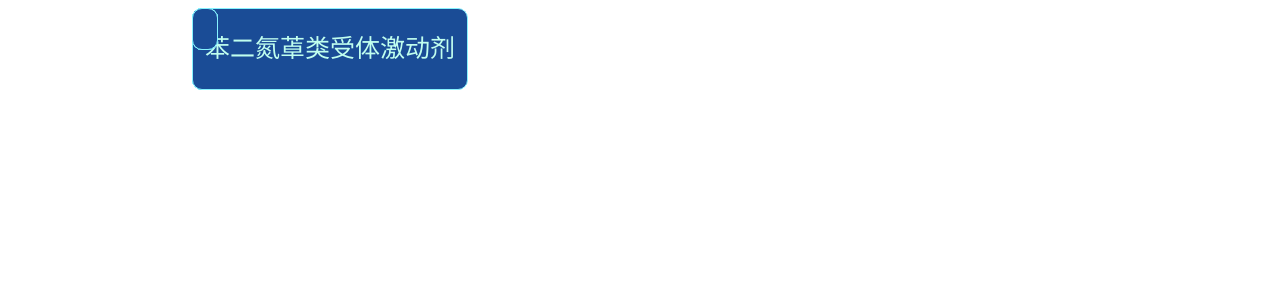
Repository: chjyume/zhongyi
Page: test.html
These files come from the project's save history. The page is drawn as it stood at one moment and after the next save; the edit follows.
The browser window is 1280 px wide. The pictures show the whole page.

Above is the page before, as saved 2023-06-30 09:37:56.

### test.html
<!DOCTYPE html>
<html>
  <head>
    <style>
  #bubble{
    position: fixed;
    padding: 20px 12px;
    font-family:HYLeMiaoTi;
    font-size: 25px;
    line-height: 40px;
    left: calc(15%);
    color: #c0ffef;
    background: #1a4c96;
    border: 1px solid #86f3ff;
    border-radius: 10px;
  }
    </style>
  </head>
  <body>
    <div id="chosenDiv" tabindex="1">
      <div id="text1" tabindex="1">
        <div id="bubble" class="t1"  tabindex="1"> 右佐匹克隆</div>
        <div id="bubble" class="t2"  tabindex="1"> 奥沙西洋</div>
        <div id="bubble" class="t3"  tabindex="1"> 加巴喷丁</div>
        <div id="bubble" class="t4"  tabindex="1">苯二氮䓬类受体激动剂</div>
      </div>
      <div id="text2"class="a1" tabindex="1">
        <div id="bubble" class="a2"  tabindex="1"> </div>
        <div id="bubble" class="a3"  tabindex="1"> </div>
        <div id="bubble" class="a4"  tabindex="1"> </div>
        <div id="bubble" class="a5"  tabindex="1"> </div>
        <div id="bubble" class="a6"  tabindex="1"> </div>
      </div>
        </div>

  </body>
</html>

After the next save:
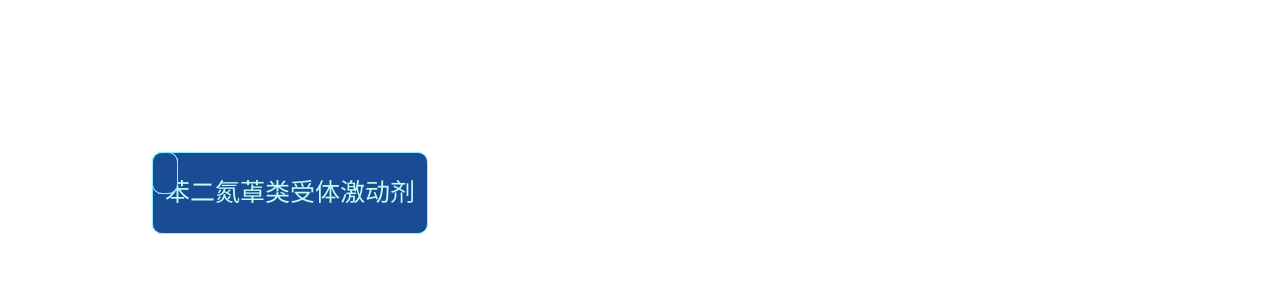
Saved 36 s later.
--- a/test.html
+++ b/test.html
@@ -3,16 +3,20 @@
   <head>
     <style>
   #bubble{
+    margin: 20vmin;
     position: fixed;
     padding: 20px 12px;
     font-family:HYLeMiaoTi;
     font-size: 25px;
     line-height: 40px;
-    left: calc(15%);
+
     color: #c0ffef;
     background: #1a4c96;
     border: 1px solid #86f3ff;
     border-radius: 10px;
+  }
+  t1{
+
   }
     </style>
   </head>
